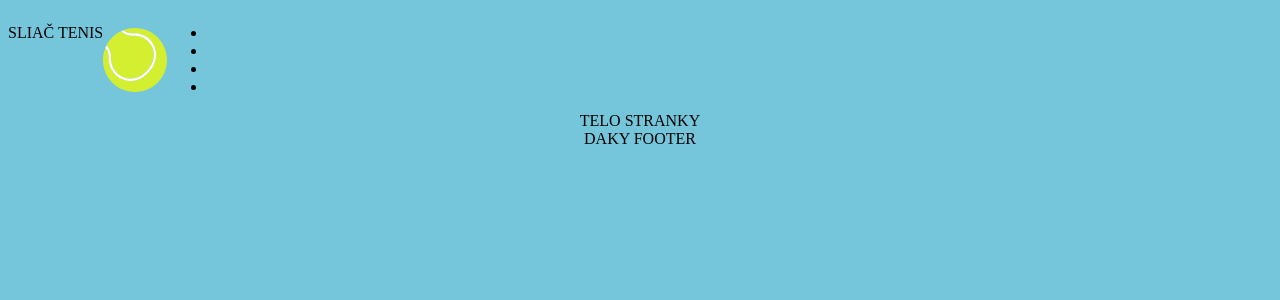
Repository: Badynko/tenis
Page: index.html
An editor plug-in stored every save of this project. The page is shown before and after the next save, followed by the edit.
The browser window is 1280 px wide. The pictures show the whole page.

Above is the page before, as saved 2024-06-22 17:56:48.

After the next save:
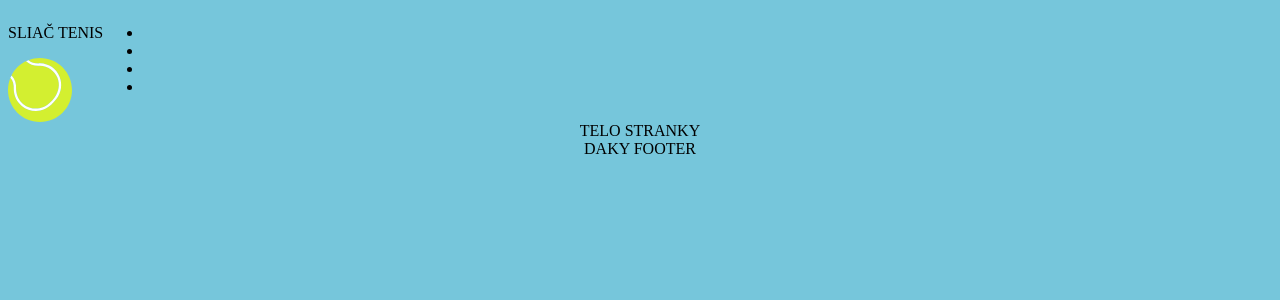
Saved 49 s later.
--- a/css/style.css
+++ b/css/style.css
@@ -13,5 +13,5 @@ header {
 }
 
 .logo {
-  display: flex;
+  display: grid;
 }
